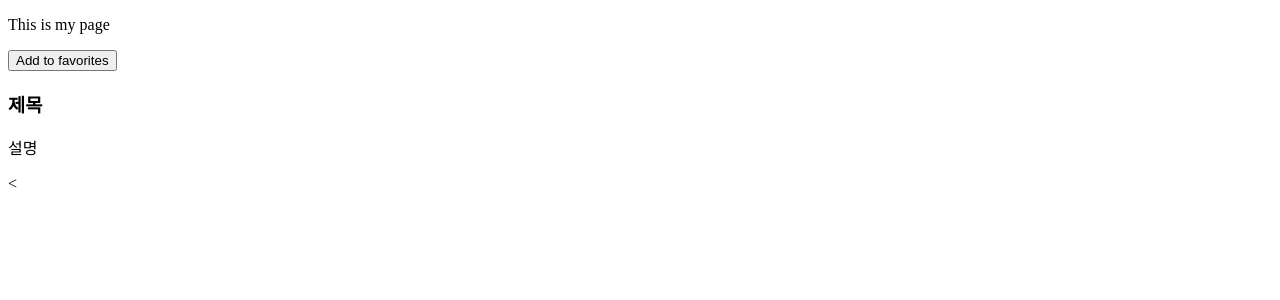
Repository: PareutPareut/frontend
Page: markDowns/htmlCssStudy/htmlStudy.html
The author's editor kept a copy of each file at every save. The page is drawn from the files as they stood at one save, then again after the next save.
The browser window is 1280 px wide. The pictures show the whole page.

Above is the page before, as saved 2023-11-27 03:16:15.

### markDowns/htmlCssStudy/htmlStudy.html
<!doctype html>
<html lang="ko">
  <head>

    <meta charset="utf-8" />
    <title>My firtst log in</title>

  </head>
  <body>

    <p>This is my page</p>
    <button type="button">Add to favorites</button>

    <div id="구분용 div name">
        <h3>제목</h3>
        <p>설명</p>
        <
    </div>

  </body>
</html>

After the next save:
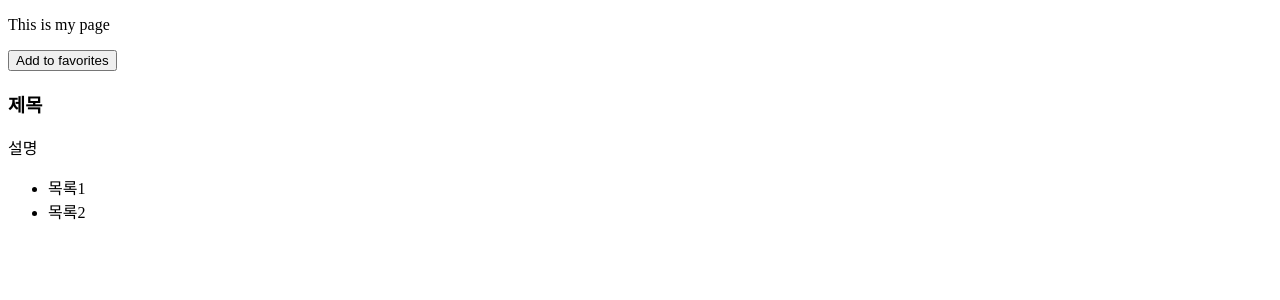
Saved 38 s later.
--- a/markDowns/htmlCssStudy/htmlStudy.html
+++ b/markDowns/htmlCssStudy/htmlStudy.html
@@ -14,7 +14,10 @@
     <div id="구분용 div name">
         <h3>제목</h3>
         <p>설명</p>
-        <
+        <ul>
+            <li>목록1</li>
+            <li>목록2</li>
+        </ul>
     </div>
 
   </body>
